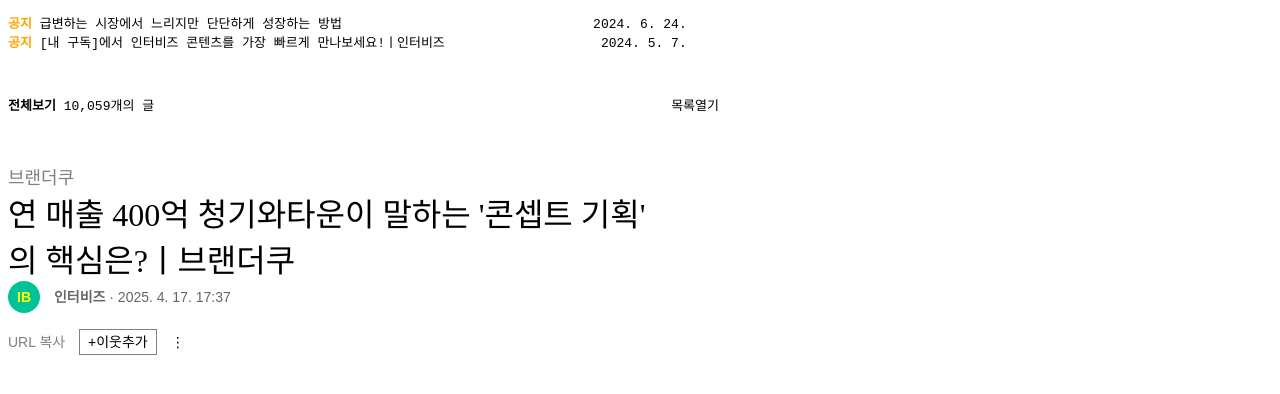
Repository: msgggg1/webPro
Page: webPro/src/main/webapp/html/days02/ex11.html
An editor plug-in stored every save of this project. The page is shown before and after the next save, followed by the edit.
The browser window is 1280 px wide. The pictures show the whole page.

Above is the page before, as saved 2025-04-22 15:08:05.

### webPro/src/main/webapp/html/days02/ex11.html
<!DOCTYPE html>
<html>
<head>
<meta charset="UTF-8">
<title>Insert title here</title>
<link rel="shortcut icon" type="image/x-icon" href="http://localhost/webPro/images/SiSt.ico">
<script src="https://ajax.googleapis.com/ajax/libs/jquery/3.7.1/jquery.min.js"></script>
<style>
	#list{
		color: black;
		text-decoration: none;
	}
	#list:hover{
		text-decoration: underline;
	}
	a{
		text-decoration: none;
	}
	a:hover{
		text-decoration: underline;
	}
	a:visited {
		color: gray;
	}
</style>
</head>
<body>
<!-- https://blog.naver.com/PostView.naver?blogId=businessinsight&logNo=223837748542&proxyReferer=&noTrackingCode=true -->
<pre>
<font color="orange"><b>공지</b></font> 급변하는 시장에서 느리지만 단단하게 성장하는 방법                 	           2024. 6. 24. <!-- 줄 간격 맞추기 -->
<font color="orange"><b>공지</b></font> [내 구독]에서 인터비즈 콘텐츠를 가장 빠르게 만나보세요!ㅣ인터비즈 		    2024. 5. 7.
</pre>
<br>
<pre>
<b>전체보기</b> 10,059개의 글							     	     <a href="" id="list">목록열기</a>
</pre>
<br>
<br>
<font size="4" color="gray"><a href="">브랜더쿠</a></font>
<br>
<font size="6">연 매출 400억 청기와타운이 말하는 '콘셉트 기획'<br>의 핵심은?ㅣ브랜더쿠</font>
<font style="font-family: sans-serif; font-size: 14px;">
<br>
  <!-- 왼쪽: 원처럼 보이는 IB -->
  <span style="display: inline-block; width: 32px; height: 32px; background-color: #00c39a; color: yellow; border-radius: 50%; text-align: center; line-height: 32px; font-weight: bold;">
    IB
  </span>

  <!-- 이름과 날짜 -->
  <span style="margin-left: 10px; color: #666;">
    <b>인터비즈</b> · 2025. 4. 17. 17:37
  </span>

  <!-- 줄 바꿈 -->
  <br><br>

  <!-- 오른쪽 요소들 (사실 왼쪽 정렬이지만 아래에 나열) -->
  <span style="color: gray;">URL 복사</span>
  <span style="border: 1px solid gray; padding: 4px 8px; margin-left: 10px;">+이웃추가</span>
  <span style="margin-left: 10px;">⋮</span>

</font>


</body>
</html>

After the next save:
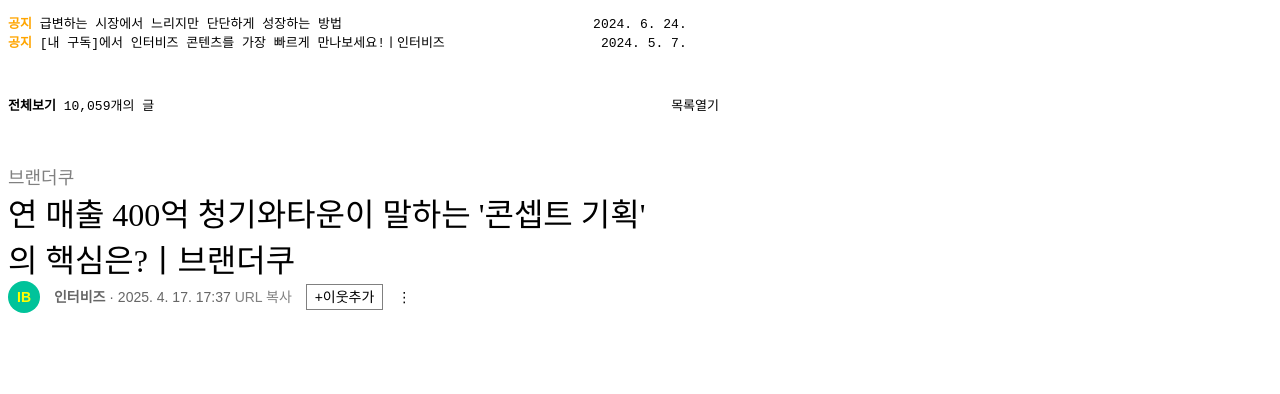
Saved 58 s later.
--- a/webPro/src/main/webapp/html/days02/ex11.html
+++ b/webPro/src/main/webapp/html/days02/ex11.html
@@ -46,15 +46,9 @@
     IB
   </span>
 
-  <!-- 이름과 날짜 -->
   <span style="margin-left: 10px; color: #666;">
     <b>인터비즈</b> · 2025. 4. 17. 17:37
   </span>
-
-  <!-- 줄 바꿈 -->
-  <br><br>
-
-  <!-- 오른쪽 요소들 (사실 왼쪽 정렬이지만 아래에 나열) -->
   <span style="color: gray;">URL 복사</span>
   <span style="border: 1px solid gray; padding: 4px 8px; margin-left: 10px;">+이웃추가</span>
   <span style="margin-left: 10px;">⋮</span>
